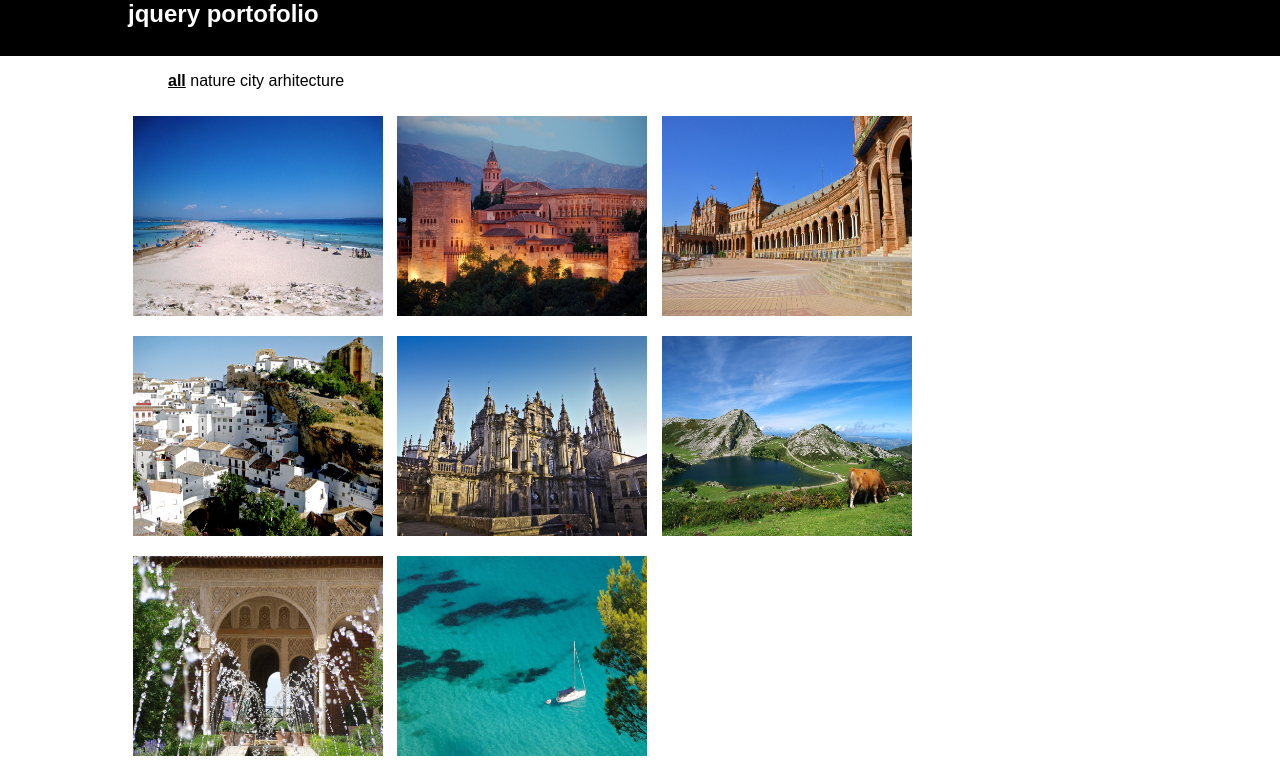
Repository: cpatrut/spring
Page: http://localhost/sparta/home.jsp
The author's editor kept a copy of each file at every save. The page is drawn from the files as they stood at one save, then again after a run of saves.
The browser window is 1280 px wide. The pictures show the whole page.
The page is served by Tomcat 9. Other server files are loaded and not shown.

Above is the page before, as saved 2015-06-14 12:37:00.

### sparta/WebContent/home.jsp
<%@ page language="java" contentType="text/html; charset=UTF-8"
    pageEncoding="UTF-8"%>
<!DOCTYPE html PUBLIC "-//W3C//DTD HTML 4.01 Transitional//EN" "http://www.w3.org/TR/html4/loose.dtd">
<html>
<head>
<title>This is porto</title>
<script type="text/javascript" src="js/jquery-1.9.1.min.js">

</script>
<link rel="stylesheet" type="text/css" href="css/style.css"/>
<script type="text/javascript" src="js/script.js">
</script>
<script type="text/javascript" src="js/filter.js">
</script>

<script type="text/javascript" src="js/jquery-ui-1.10.4.custom.min.js">
</script>
<meta http-equiv="Content-Type" content="text/html; charset=UTF-8">

</head>
<body>

	<div id="header">
		<div id="menu">
			<h2>jquery portofolio</h2>
		</div>
	</div>
	<div id="overlay">
	</div>
	<div id="frame">
		<table>
		<tr>
			<td  id="left">
				<img src="images/left.png" alt="left"/>

		</td>
			<td id="right">
				<img src="images/right.png" alt="right"/>
			</td>
		</tr></table>
		<img id="main" src="" alt=""/>
		<div id="description">
			<p></p>
		</div>
	</div>
	<div id="wrapper">
		<ul id="filter">
			<li class="active">all</li>
			<li>nature</li>
			<li>city</li>
			<li>arhitecture</li>
		</ul>
	<%@include file="list.jsp" %>
	</div>
</body>
</html>

### sparta/WebContent/list.jsp
	<ul id="portofolio">
		<li data-keywrods="bitch" class=" all nature"><img id="1" src="images/1.jpg" alt="img">	</li>
		<li data-keywrods="castle" class="all  arhitecture city"><img id="2"  src="images/2.jpg" alt="">	</li>
		<li data-keywrods="palace"  class="all arhitecture " ><img id="3"  src="images/3.jpg" alt="">	</li>
		<li data-keywrods="white house" class="all city" ><img id="4"  src="images/4.jpg" alt="">	</li>
		<li data-keywrods="church" class="all arhitecture"><img id="5"  src="images/5.jpg" alt="">	</li>
		<li data-keywrods="does not matters" class="all nature"><img id="6"  src="images/6.jpg" alt="">	</li>
		<li data-keywrods="lake" class="all arhitecture nature"><img id="7"  src="images/7.jpg" alt="">	</li>
		<li data-keywrods="beach" class="all nature"><img id="8"  src="images/8.jpg" alt="">	</li>
		</ul>

### sparta/WebContent/css/style.css
body{
margin:0;
padding:0;
font-family: arial,sans-serif;
}
#menu {
color:white;
	width:1024px;


	margin:0px auto;
}
h2{
margin:0px;
text-align:left;
}
	#header{
	width:100%;
	height:56px;
	background-color: black;
	}
	#wrapper{
	width:1024px;
	min-height: 500px;
	margin:0px auto;
	}
	#portofolio{
	list-style-type: none;
	padding-left: 0px;
	}
	#portofolio li{
		display:inline-block;
		margin:10px 5px 10px 5px;
	}
	#portofolio li img{
		width:250px;
		height:200px;
		cursor:pointer;
	}
	#overlay{
		width:100%;
		height:100%;
		position:fixed;
		background-color:black;
		opacity: 0.7;
		display:none;
			top:0px;
	}
	#frame{
	position:fixed;
	display:none;
	background-color:none;
	width:540px;
	height:386px;
	left:50%;
	margin-left:-350px;
	background-color:white;
	padding-top:20px;
	margin-left:-350px;;
	margin-top:15px;

	}
	#description p{
		text-align:center;
	}
	#description{
	background-color:white;
	padding-bottom:10px;
	}
	#frame table{
	position:absolute;
	width:503px;
	margin-left:20px;
	}
	#right{
	float:right;
	}
	#right img{
	float:right;
	}
	#right,#left{
	left: -0px;
    position: relative;
    top: 102px;
    cursor:pointer;
    }
	#left{
	left:-3px;}
	#overlay{
	cursor:pointer;
	}
	#left img{
	opacity:0.5;

	}
	#right img{
	opacity:0.5;
	}
	#frame #main{
	cursor:pointer;
	}
	#frame #main{
	width:500px;
	margin-left:20px;
	height: 331px;
	}
	#filter li{
		display:inline;
		cursor:pointer;
	}
	#filter li.active{
		font-weight:bold;
		text-decoration:underline;
	}

### sparta/WebContent/js/script.js
$(function () {
	var current_li;
	$("#portofolio").sortable(
	{
		stop:function(){
			var list_contents=$("#portofolio").html();
			$.post("/sparta/Script",{list:list_contents});
			console.log("x");
			console.log($.get("/sparta/Script"));

		}

	});

	function setImg(src,id){
		$("#frame #main").attr("src",src);
		var path="text/"+id+".txt";
		$.get(path,function(data){
			console.log(data);
			$("#description p").html(data);
		});
	}
	$("#portofolio img").click(function(){
		var src=$(this).attr("src");
		current_li=$(this).parent();
		var id=$(this).attr("id");
		setImg(src,id);

		$("#frame").fadeIn(500);
		$("#overlay").fadeIn(500);
	});
	$("#overlay").click(function () {
		$(this).fadeOut(500);
		$("#frame").fadeOut(500);

	});
	$("#right").click(function () {
		if(current_li.is(":last-child")){
			var next_li=$("#portofolio li").first();
		}
		else{
		var next_li = current_li.next();
		}

		var next_src = next_li.children("img").attr("src");

		var id=next_li.children("img").attr("id");
		setImg( next_src,id);
		$("#main").attr("src",next_src);
		current_li = next_li;
	});
	$("#left").click(function () {
		if(current_li.is(":first-child")){
			var 	prev_li=$("#portofolio li").last();

		}
		else{
			var prev_li=current_li.prev();
		}

		var prev_src=prev_li.children("img").attr("src");
		var id=prev_li.children("img").attr("id");
		setImg(prev_src,id);
		current_li=prev_li;
	});
	$("#right img ,#left img").mouseover(function(){
		$(this).css("opacity","0.75");
	});
		$("#right img ,#left img").mouseleave(function(){
		$(this).css("opacity","0.5");
	});

});

### sparta/WebContent/js/filter.js
$(function(){

	$("#filter li").click(function(){
		var category = $(this).html();

		$("#filter li").removeClass("active");
		$(this).addClass("active");


	var i=0;
		$("#portofolio li").each(function(){
			if($(this).hasClass(category)){
				$(this).show(500);
			}
			else{
				$(this).hide(500);
			}
		});
	});

});

Loaded but not shown: sparta/WebContent/js/jquery-1.9.1.min.js (library); sparta/WebContent/js/jquery-ui-1.10.4.custom.min.js (library)

After the next 2 saves:
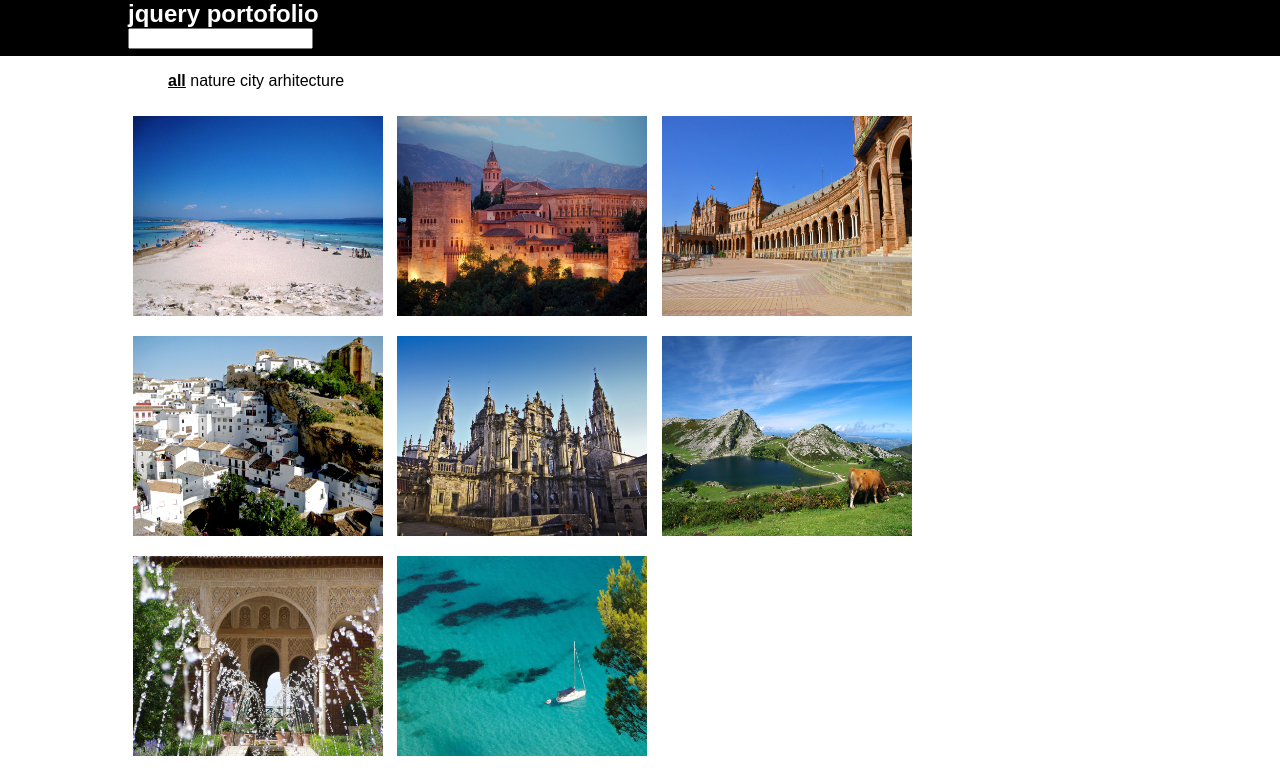
The 2 saves are shown as one change because they came seconds apart.
The last was saved 24 s later.
--- a/sparta/WebContent/home.jsp
+++ b/sparta/WebContent/home.jsp
@@ -23,6 +23,7 @@
 	<div id="header">
 		<div id="menu">
 			<h2>jquery portofolio</h2>
+			<input type="text"/>
 		</div>
 	</div>
 	<div id="overlay">
